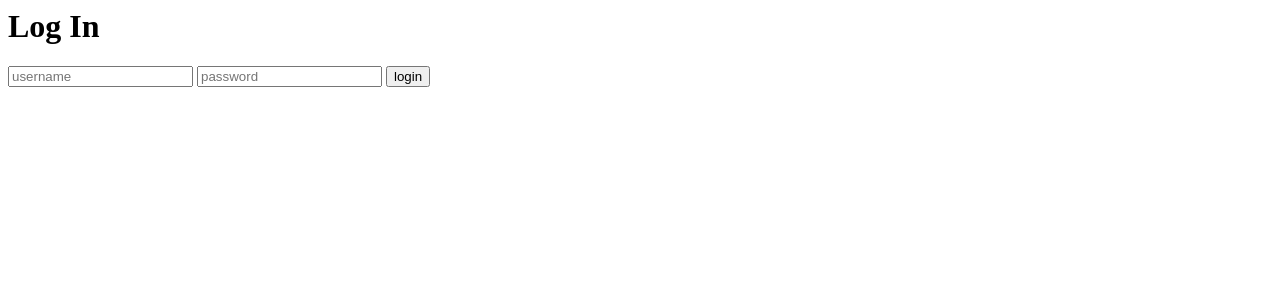
Repository: 19ycy91/myexercise
Page: http://localhost/login
The author's editor kept a record of every edit. The page is drawn from the files as they stood at one moment, then again after a run of edits.
The browser window is 1280 px wide. The pictures show the whole page.
The page is served by the project's Node server (YelpCamp/v6/app.js). Other server files are loaded and not shown.

Above is the page before.

### 6_Projects_UsingBackEndandRESTfulRoutes/workspace/YelpCamp/v6/views/login.ejs
<h1> Log In</h1>
<form action="/login" method = "POST" >
    <input type = "text" name="username" placeholder="username">
    <input type ="password" name ="password" placeholder="password">
    <input type="submit" value= "login">
</form>

### 6_Projects_UsingBackEndandRESTfulRoutes/workspace/YelpCamp/v6/app.js
var express = require("express");
var app = express();
var bodyParser = require("body-parser");
var mongoose = require("mongoose");
var passport = require("passport");
var LocalStrategy = require("passport-local");
var Campground = require("./models/campground"); // need module.exports for this to work
var Comment = require("./models/comment");
var User = require("./models/user");
var seedDB = require("./seeds"); // the function will be stored in seedDB




mongoose.connect("mongodb://localhost/yelp_camp_v6");
app.use(bodyParser.urlencoded({extended:true}));
app.set("view engine", "ejs");
app.use(express.static(__dirname+"/public"))
seedDB() ; // this will execute the seedDB function

//passport confituration
app.use(require("express-session")({
    secret:"asfasdf asdfsf",
    resave: false,
    saveUninitialized: false
}));

app.use(passport.initialize());
app.use(passport.session());
passport.use(new LocalStrategy(User.authenticate()));
passport.serializeUser(User.serializeUser());
passport.deserializeUser(User.deserializeUser());


app.use(function(req, res, next){
    res.locals.currentUser = req.user;
    next();
});


app.get("/", function(req,res){
    res.render("landing");
});

//INDEX - show all campgrounds
app.get('/campgrounds', function(req,res){
    Campground.find({}, function(err, allCampgrounds){
        if(err){
            console.log(err);
        } else{
            res.render("campgrounds/index",{campgrounds:allCampgrounds})
        }

    })
    // res.render("campgrounds", {campgrounds:campgrounds});


});

//CREATE - add new campground to DB

app.post("/campgrounds", function(req,res){
    var name = req.body.name;
    var img = req.body.image;
    var desc = req.body.description;
    var newCampground = {name:name, image:img, description:desc};
    Campground.create(newCampground, function(err,newlyCreated ){
        if(err){
            console.log(err);
        }else{
        res.redirect('/campgrounds');

        }

    });
      //why can't i use render?
    // get data from form and add to camground array
    // rediret back to camground oage

});


//NEW - show form to create new campground
app.get("/campgrounds/new", function(req,res){
    res.render("campgrounds/new");
});


// SHOW - shows more info about one campground
app.get("/campgrounds/:id", function(req, res){
    //find the campground with provided ID
    Campground.findById(req.params.id).populate("comments").exec(function(err, foundCampground){
        if(err){
            console.log(err);
        } else {
            // console.log(foundCampground);
            //render show template with that campground
            res.render("campgrounds/show", {campground: foundCampground});
        }
    });
})
///=================
//comments routes
//==================

app.get("/campgrounds/:id/comments/new", isLoggedIn, function(req,res){ //add middleware
    //find campground by id
    Campground.findById(req.params.id, function(err, campground){
        if(err){
            console.log(err);
        } else {
            res.render("comments/new", {campground: campground});
        }
    })
})

app.post("/campgrounds/:id/comments", isLoggedIn, function(req,res){  //middleware inserted here as well incase someone uses postman and sends a comment without logging in
    //look up campground using id
    Campground.findById(req.params.id, function(err, campground){
        if(err){
            console.log(err);
            res.redirect("/campgrounds");
        } else {
            Comment.create(req.body.comment, function(err, comment){
                if(err){
                    console.log(err);
                } else {
                    campground.comments.push(comment);
                    campground.save();
                    res.redirect('/campgrounds/'+campground._id);
                }
            })
        }
    });
})

// ==========
// Auth routes

//show register form

app.get("/register", function(req,res){
    res.render("register");
});

//handle sign up logic
app.post("/register", function(req,res){
    var newUser = new User({username: req.body.username})
   User.register(newUser, req.body.password, function(err,user){
       if(err){
           console.log(err);
           return res.render('register'); //return helps to short circute
       }
       passport.authenticate("local")(req,res,function(){ //////
       res.redirect("/campgrounds")});


   } )
});

//show log in form
app.get("/login", function(req,res){
    res.render("login");
})
//handle log in logic
app.post("/login", passport.authenticate("local",
    {
        successRedirect: "/campgrounds",
        failureRedirect: "/login"
    }), function(req,res){

});

//logic route
app.get("/logout",function(req,res){
    req.logout();
    res.redirect("/campgrounds");
});

function isLoggedIn(req,res,next){
    if(req.isAuthenticated()){
        return next();
    }
    res.redirect("/login");
}
app.listen(process.env.PORT, process.env.IP, function(){
    console.log("The YelpCamp server has started");
});

### 6_Projects_UsingBackEndandRESTfulRoutes/workspace/YelpCamp/v6/views/partials/header.ejs
<!DOCTYPE html>
<html>
    <head>
        <title> YelpCamp</title>
        <link rel="stylesheet" href="//maxcdn.bootstrapcdn.com/bootstrap/3.3.7/css/bootstrap.min.css" integrity="sha384-BVYiiSIFeK1dGmJRAkycuHAHRg32OmUcww7on3RYdg4Va+PmSTsz/K68vbdEjh4u" crossorigin="anonymous">
        <link rel ="stylesheet" href="/stylesheets/main.css">
    </head>
    <body>

    <nav class="navbar navbar-default">
        <div class="container-fluid">
            <div class="navbar-header">
                <a class="navbar-brand" href="/">YelpCamp</a>
            </div>
            <div class="collapse navbar-collapse">
                <ul class="nav navbar-nav navbar-right">
                    <li><a href="/login">Login</a></li>
                    <li><a href="/register">Sign Up</a></li>
                    <li><a href="/logout">Logout</a></li>
                </ul>
            </div>
        </div>
    </nav>

### 6_Projects_UsingBackEndandRESTfulRoutes/workspace/YelpCamp/v6/views/partials/footer.ejs
    <!--<p> trade markkkkkk</p>-->
    </body>


</html>

### 6_Projects_UsingBackEndandRESTfulRoutes/workspace/YelpCamp/v6/public/stylesheets/main.css
.thumbnail img{
    width: 100%;
}

.thumbnail {
    padding: 0;
}

.thumbnail .caption-full {
    padding: 9px;
}

After the next 4 edits:
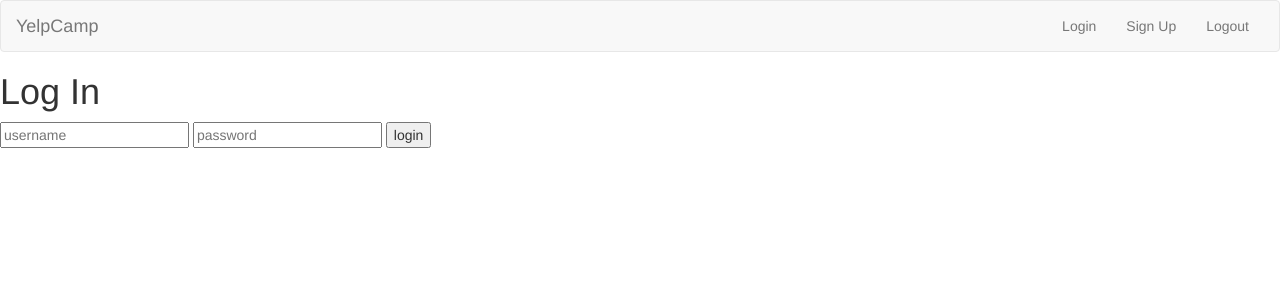
The 4 edits are shown as one change because 3 did not build or start.
The edit:
--- a/6_Projects_UsingBackEndandRESTfulRoutes/workspace/YelpCamp/v6/views/login.ejs
+++ b/6_Projects_UsingBackEndandRESTfulRoutes/workspace/YelpCamp/v6/views/login.ejs
@@ -1,6 +1,10 @@
+<% include ./partials/header %>
+
 <h1> Log In</h1>
 <form action="/login" method = "POST" >
     <input type = "text" name="username" placeholder="username">
     <input type ="password" name ="password" placeholder="password">
     <input type="submit" value= "login">
 </form>
+
+<% include ./partials/footer %>
